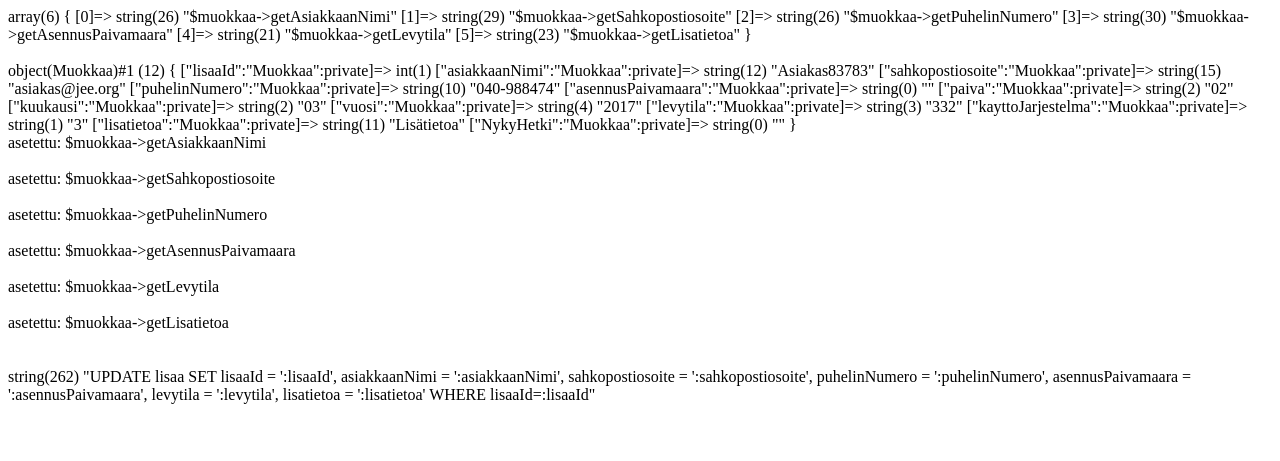
Repository: TommiKurjensalo/php
Page: http://localhost/test/function_to_function.php
An editor plug-in stored every save of this project. The page is shown before and after the next save, followed by the edit.
The browser window is 1280 px wide. The pictures show the whole page.
The page is run by PHP 8.4 with error messages shown; the project is at /var/www/html/.

Above is the page before, as saved 2017-04-25 16:37:18.

After the next save:
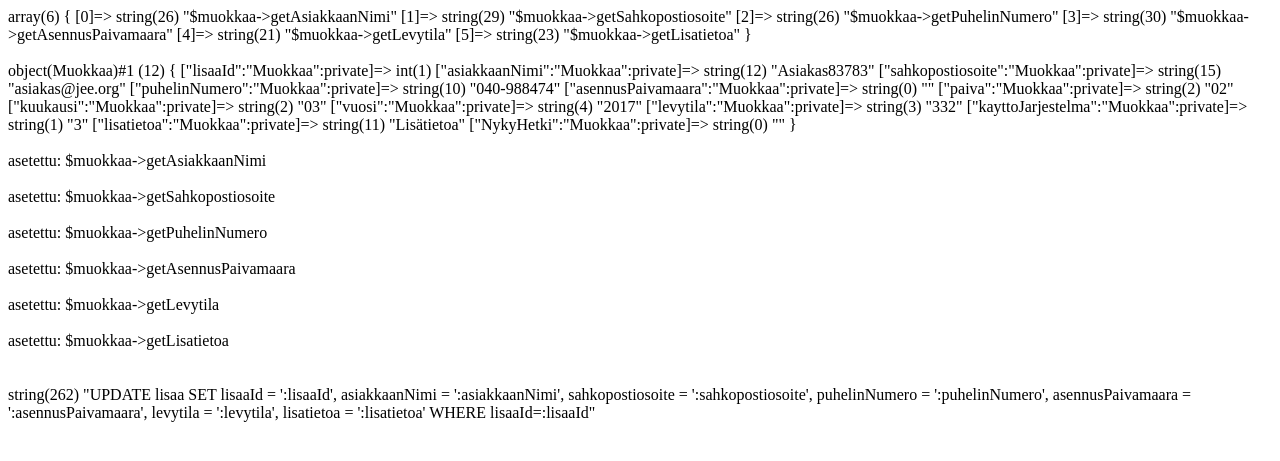
Saved 15 s later.
--- a/sivut/test/function_to_function.php
+++ b/sivut/test/function_to_function.php
@@ -375,6 +375,7 @@ public function muokkaaAsiakas($muokkaa) {
 	echo "<br><br>";
 	var_dump($muokkaa);
 
+	echo '<br>';
 	for ($i=0; $i<=5; $i++) {
 		if (isset($lista[$i])) {
 			echo '<br>asetettu: ' .$lista[$i].'<br>';
